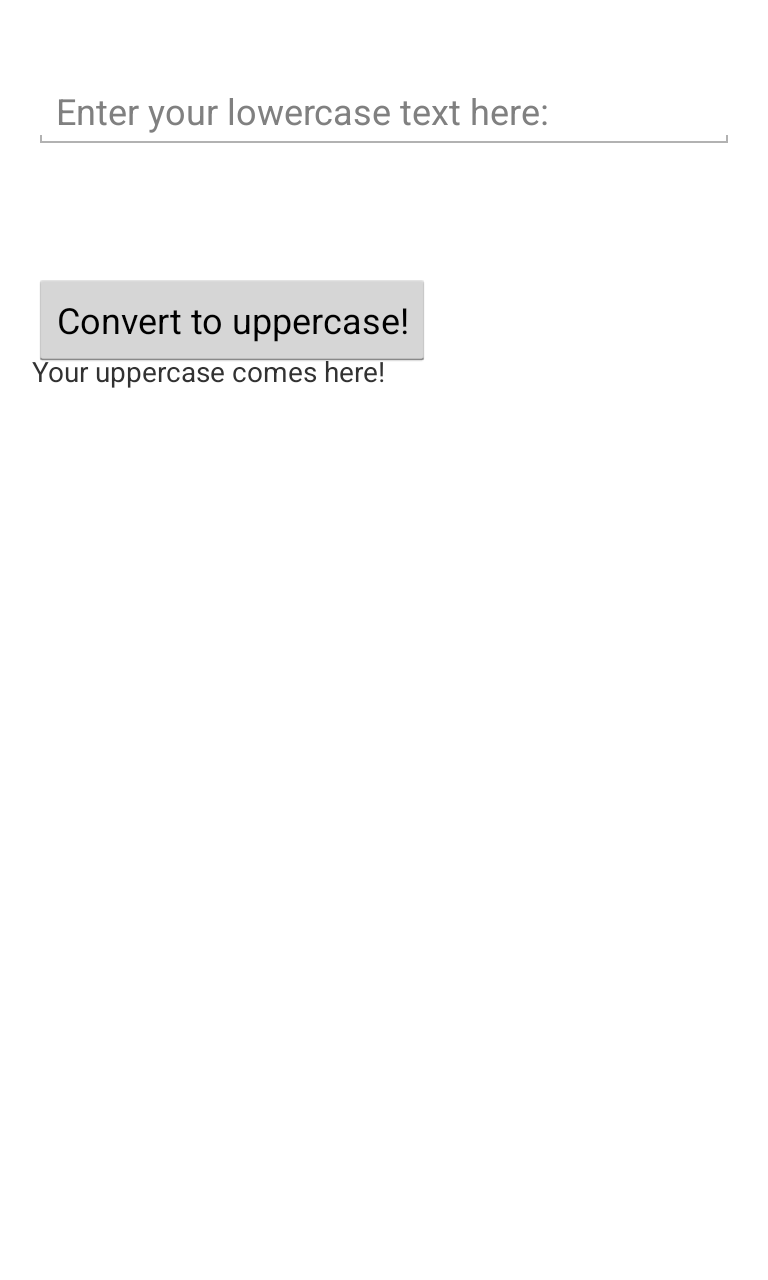
Repository: worxli/DS-Assigment3
Layout: VS-lukasbi-capitalize/res/layout/activity_main.xml
An editor plug-in stored every save of this project. The layout is shown before and after the next save, followed by the edit.
It is drawn on a 768 x 1280 px phone screen (xhdpi) without system bars, with theme AppTheme; the app's code is not run.

Above is the layout before, as saved 2013-10-31 11:05:51.

### VS-lukasbi-capitalize/res/layout/activity_main.xml
<RelativeLayout xmlns:android="http://schemas.android.com/apk/res/android"
    xmlns:tools="http://schemas.android.com/tools"
    android:layout_width="match_parent"
    android:layout_height="match_parent"
    android:paddingBottom="@dimen/activity_vertical_margin"
    android:paddingLeft="@dimen/activity_horizontal_margin"
    android:paddingRight="@dimen/activity_horizontal_margin"
    android:paddingTop="@dimen/activity_vertical_margin"
    tools:context=".MainActivity" >

    <TextView
        android:id="@+id/uppercase"
        android:layout_width="wrap_content"
        android:layout_height="wrap_content"
        android:layout_alignParentTop="true"
        android:layout_marginTop="160dp"
        android:text="Your uppercase comes here!" />

    <EditText
        android:id="@+id/lowercase"
        android:layout_width="match_parent"
        android:layout_height="wrap_content"
        android:layout_alignParentTop="true"
        android:layout_centerHorizontal="true"
        android:layout_marginTop="20dp"
        android:ems="6"
        android:hint="@string/info" />

    <Button
        android:id="@+id/convert"
        android:layout_width="wrap_content"
        android:layout_height="wrap_content"
        android:layout_marginTop="120dp"
        android:onClick="convert"
        android:text="Convert to uppercase!" />

</RelativeLayout>

### VS-lukasbi-capitalize/res/values/strings.xml
<?xml version="1.0" encoding="utf-8"?>
<resources>

    <string name="app_name">VS-lukasbi-capitalize</string>
    <string name="action_settings">Settings</string>
    <string name="info">Enter your lowercase text here:</string>

</resources>

Loaded but not shown: VS-lukasbi-capitalize/res/values/styles.xml (common file); VS-lukasbi-capitalize/res/values-v11/styles.xml (common file); VS-lukasbi-capitalize/res/values-v14/styles.xml (common file); VS-lukasbi-capitalize/res/values/dimens.xml (common file)

After the next save:
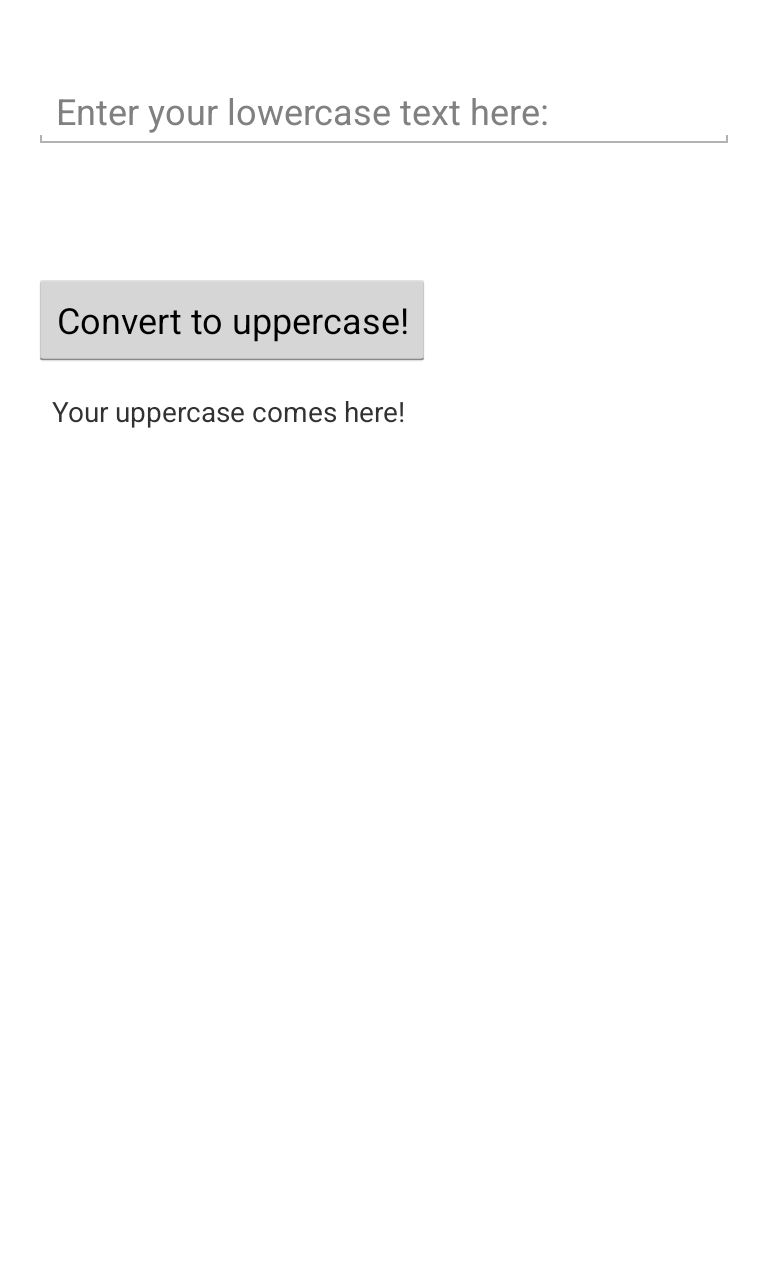
Saved 52 s later.
--- a/VS-lukasbi-capitalize/res/layout/activity_main.xml
+++ b/VS-lukasbi-capitalize/res/layout/activity_main.xml
@@ -12,8 +12,8 @@
         android:id="@+id/uppercase"
         android:layout_width="wrap_content"
         android:layout_height="wrap_content"
-        android:layout_alignParentTop="true"
-        android:layout_marginTop="160dp"
+        android:layout_marginLeft="10dp"
+        android:layout_marginTop="180dp"
         android:text="Your uppercase comes here!" />
 
     <EditText
